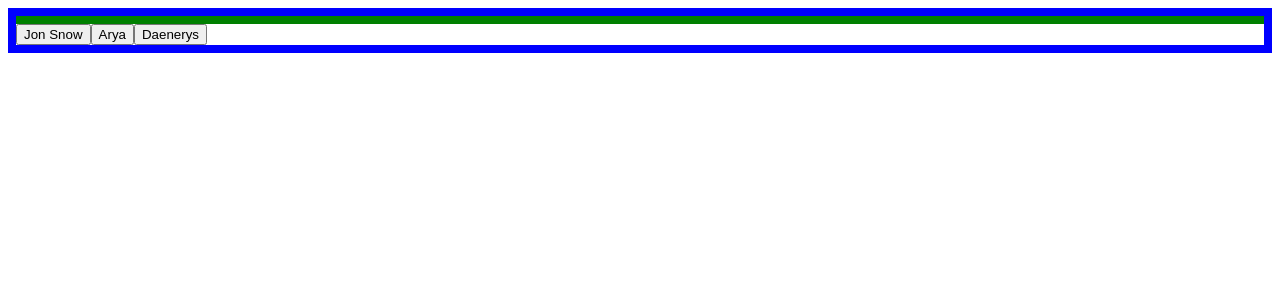
Repository: dsaftler/GifTastic
Page: index.html
These files come from the project's save history. The page is drawn as it stood at one moment and after the next save; the edit follows.
The browser window is 1280 px wide. The pictures show the whole page.
Some web libraries are served in a nearby version.

Above is the page before, as saved 2019-04-19 18:49:43.

After the next save:
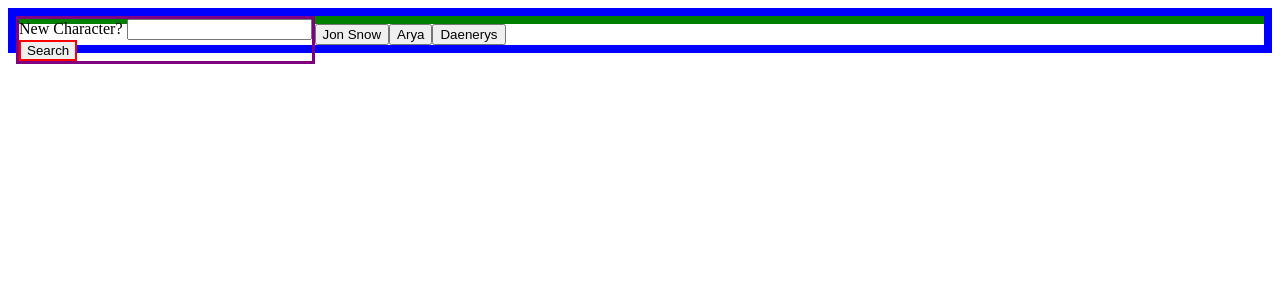
Saved 2 min 49 s later.
--- a/assets/Javascript/app.js
+++ b/assets/Javascript/app.js
@@ -19,7 +19,7 @@
         .attr('onclick', 'getGif(this.textContent);')
        $(".btnsDiv").append(newBtn);
     };
-
+    $('.getTopic').show();
   }
       // .attr('onclick', 'getGif(this.textContent);')
 //$('.btn').on('click', function() {
